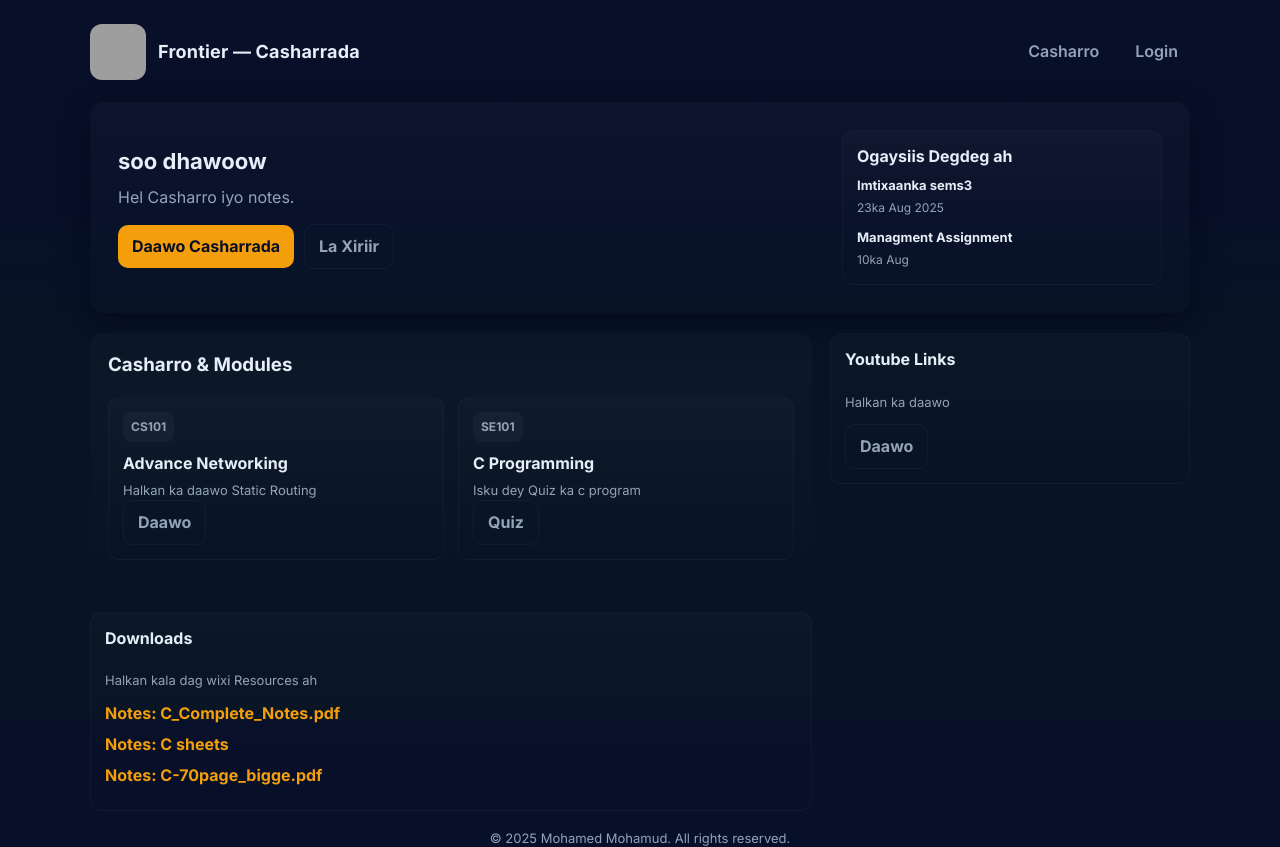
Repository: mrfiiqane/Al-Tacaawun.com
Page: index.html
An editor plug-in stored every save of this project. The page is shown before and after the next save, followed by the edit.
The browser window is 1280 px wide. The pictures show the whole page.
Pictures or frames that could not be fetched are drawn as grey boxes.

Above is the page before, as saved 2025-08-12 08:25:00.

After the next save:
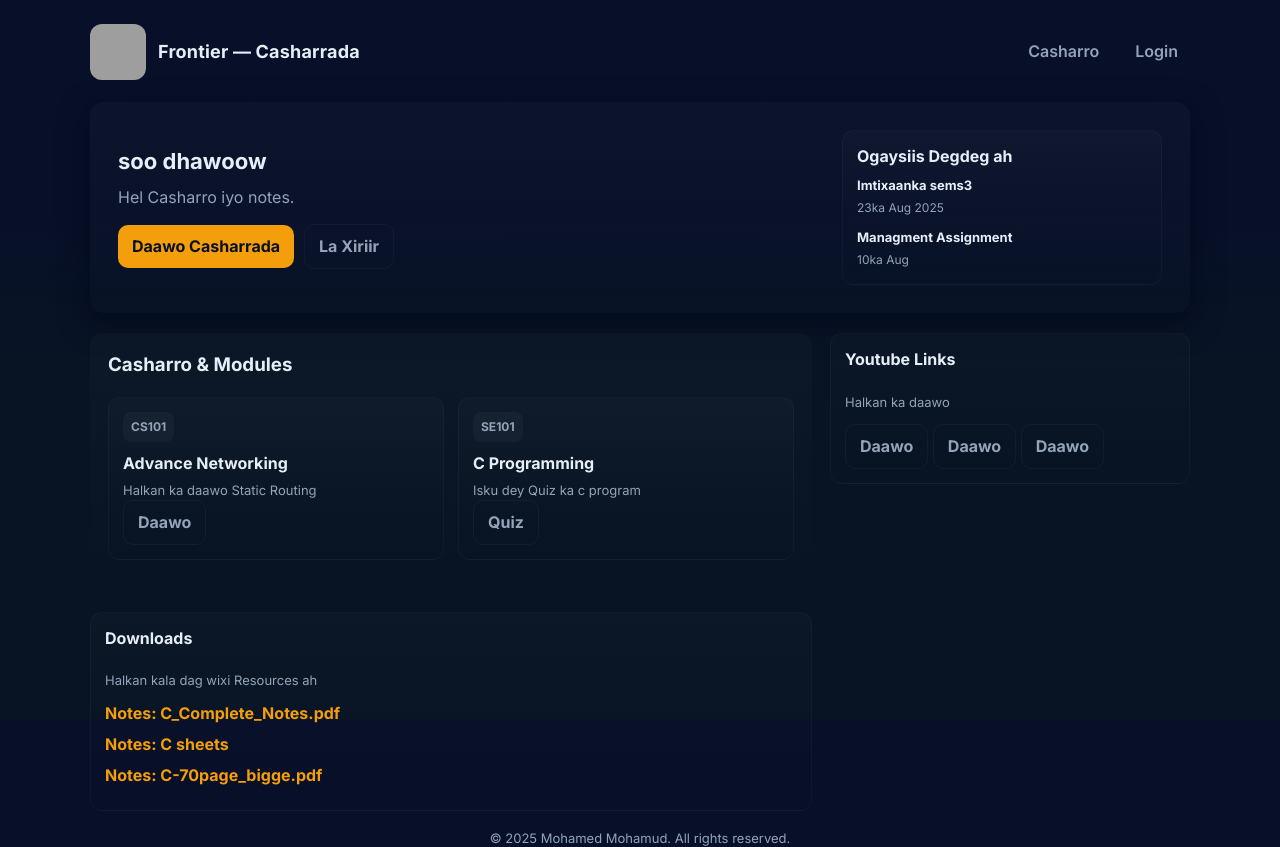
Saved 15 s later.
--- a/index.html
+++ b/index.html
@@ -83,6 +83,8 @@
           <p class="site-sub">Halkan ka daawo</p>
           <ul style="margin:12px 0 0 0; padding:0; list-style:none;">
             <a class="btn secondary" href="https://youtu.be/eYBJgoVVvV4" >Daawo</a>
+            <a class="btn secondary" href="https://youtu.be/eYBJgoVVvV4" >Daawo</a>
+            <a class="btn secondary" href="https://youtu.be/eYBJgoVVvV4" >Daawo</a>
           </ul>
         </div>
 
